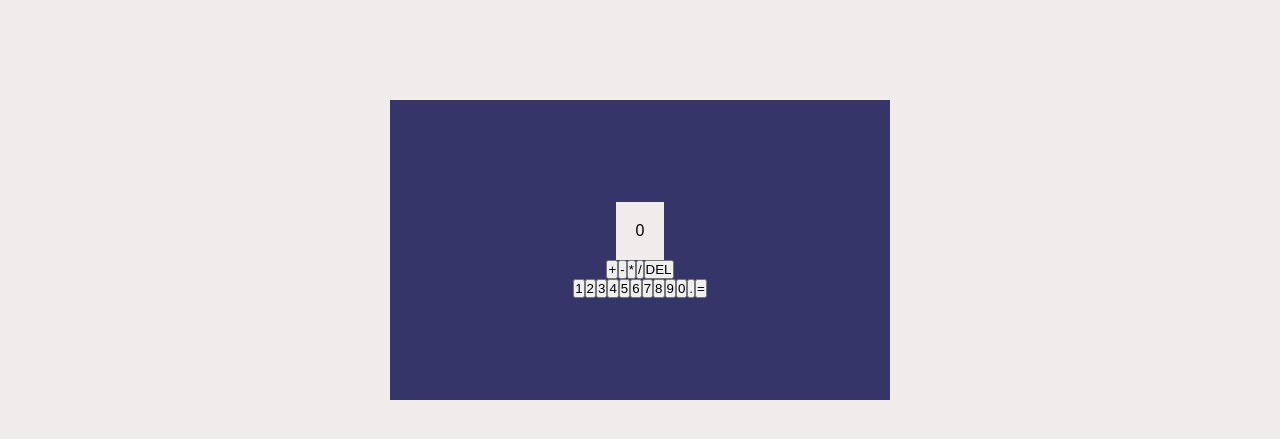
Repository: Bishek666/simple-calculator
Page: /
An editor plug-in stored every save of this project. The page is shown before and after the next save, followed by the edit.
The browser window is 1280 px wide. The pictures show the whole page.
The project was rebuilt for these pictures with package versions that can differ from the ones it lists, and the page was loaded fresh each time.

Above is the page before, as saved 2021-10-20 17:41:35.

### src/index.css
:root {
    --primary: #030546c9;
    --secondary: #797dffc9;
    --dark: #0908088a;
    --light: rgb(240, 236, 236);
}

* {
    margin: 0;
    padding: 0;
    box-sizing: border-box;
    font-family: sans-serif;
}

body {
    background-color: var(--light);
}

.container-calculator {
    display: flex;
    flex-direction: column;
    align-items: center;
    justify-content: center;
    background-color: var(--primary);
    height: 300px;
    width: 500px;
    margin: 100px auto;
}

.display-calculation {
    padding: 20px;
    background-color: var(--light);
}

### src/App.js
function App() {
    const addDigits = () => {
        const digits = [];

        for (let i = 1; i < 10; i++) {
            digits.push(<button key={i}>{i}</button>);
        }

        return digits;
    };
    return (
        <div className='container-calculator'>
            <div className='display-calculation'>0</div>
            <div className='operators'>
                <button>+</button>
                <button>-</button>
                <button>*</button>
                <button>/</button>
                <button>DEL</button>
            </div>
            <div className='digits'>
                {addDigits()}
                <button>0</button>
                <button>.</button>
                <button>=</button>
            </div>
        </div>
    );
}

export default App;

Loaded but not shown: public/index.html (common file); src/index.js (common file)

After the next save:
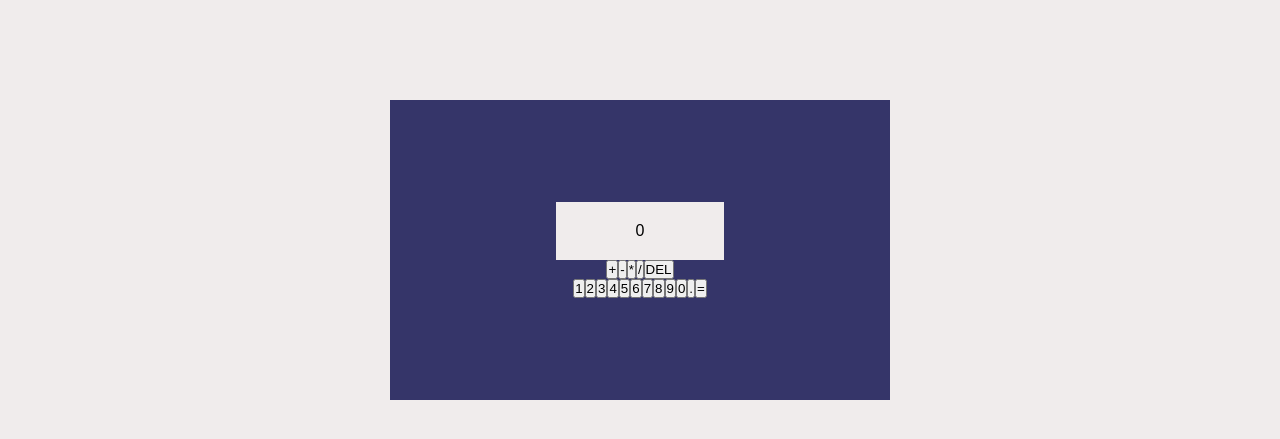
Saved 6 s later.
--- a/src/index.css
+++ b/src/index.css
@@ -28,6 +28,6 @@ body {
 }
 
 .display-calculation {
-    padding: 20px;
+    padding: 20px 80px;
     background-color: var(--light);
 }
